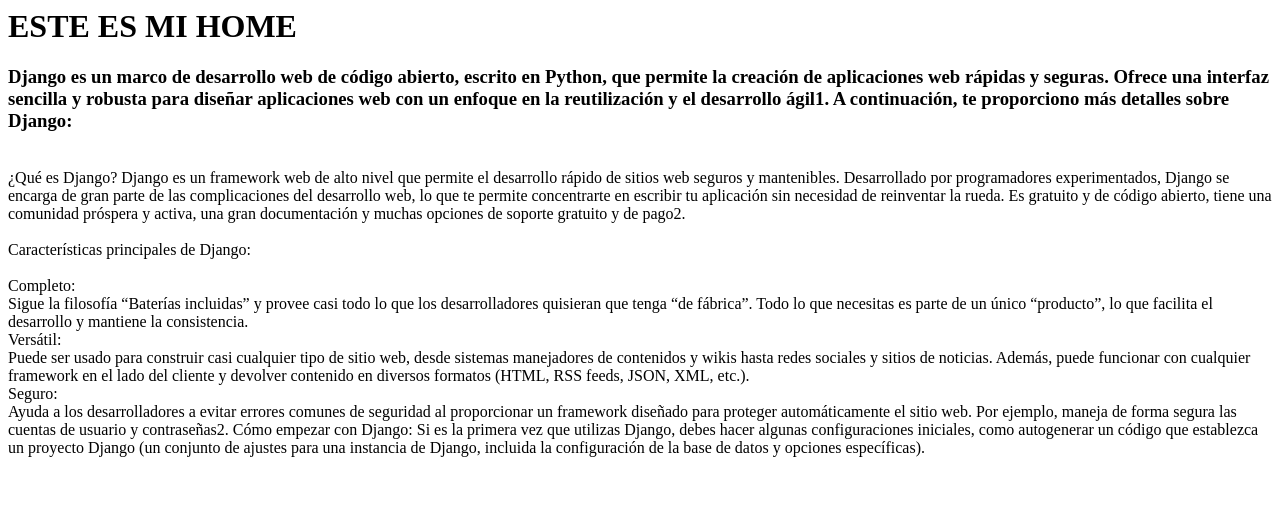
Repository: profe-ggarrido/desaf-aplic-web-python
Page: http://localhost/
An editor plug-in stored every save of this project. The page is shown before and after the next save, followed by the edit.
The browser window is 1280 px wide. The pictures show the whole page.
The page is served by the project's application, run on Django 4.2 (pro_alfa/manage.py).

Above is the page before, as saved 2024-04-30 13:38:04.

After the next save:
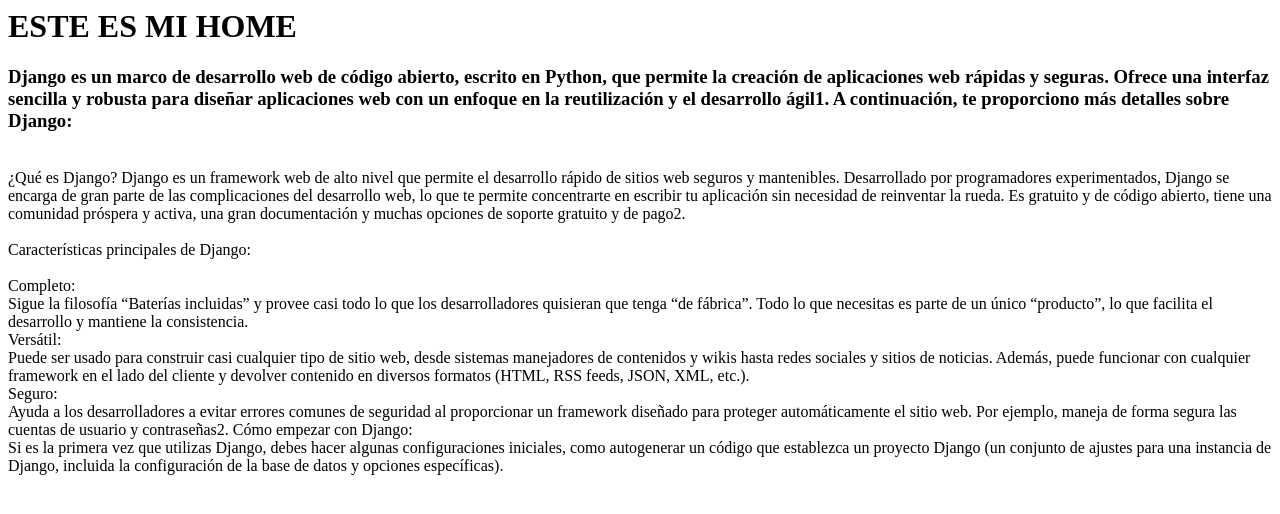
Saved 27 s later.
--- a/pro_alfa/mascotasApp/views.py
+++ b/pro_alfa/mascotasApp/views.py
@@ -18,7 +18,7 @@
 Completo: <br>Sigue la filosofía “Baterías incluidas” y provee casi todo lo que los desarrolladores quisieran que tenga “de fábrica”. Todo lo que necesitas es parte de un único “producto”, lo que facilita el desarrollo y mantiene la consistencia.<br>
 Versátil: <br>Puede ser usado para construir casi cualquier tipo de sitio web, desde sistemas manejadores de contenidos y wikis hasta redes sociales y sitios de noticias. Además, puede funcionar con cualquier framework en el lado del cliente y devolver contenido en diversos formatos (HTML, RSS feeds, JSON, XML, etc.).<br>
 Seguro: <br>Ayuda a los desarrolladores a evitar errores comunes de seguridad al proporcionar un framework diseñado para proteger automáticamente el sitio web. Por ejemplo, maneja de forma segura las cuentas de usuario y contraseñas2.
-Cómo empezar con Django:
+Cómo empezar con Django:<br>
 Si es la primera vez que utilizas Django, debes hacer algunas configuraciones iniciales, como autogenerar un código que establezca un proyecto Django (un conjunto de ajustes para una instancia de Django, incluida la configuración de la base de datos y opciones específicas).
 
     """
